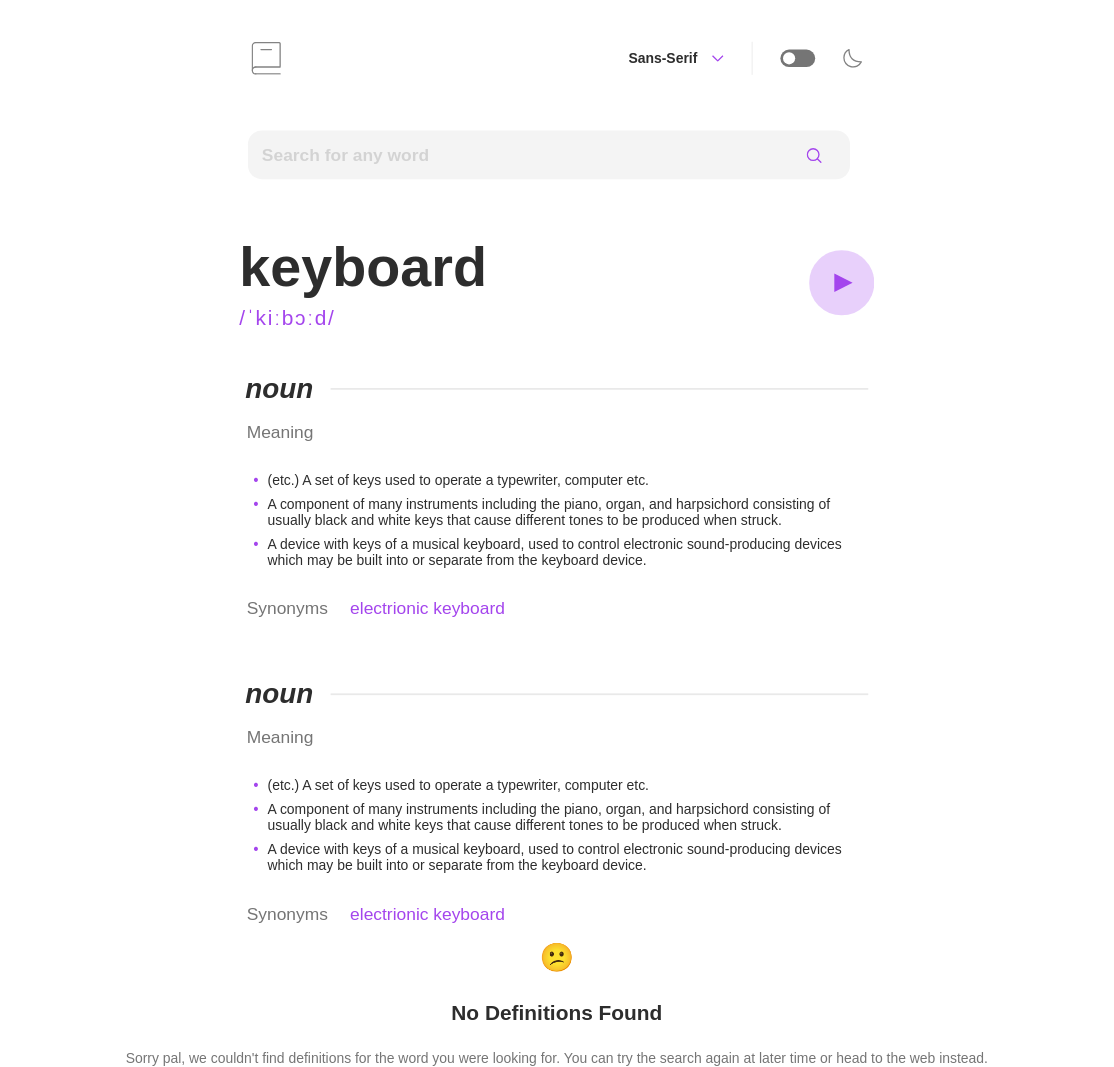
Repository: Arkitecth/dictionary-app
Page: index.html
These files come from the project's save history. The page is drawn as it stood at one moment and after the next save; the edit follows.
The browser window is 1280 px wide. The pictures show the whole page, at 87% of full size.

Above is the page before, as saved 2023-07-21 18:52:29.

After the next save:
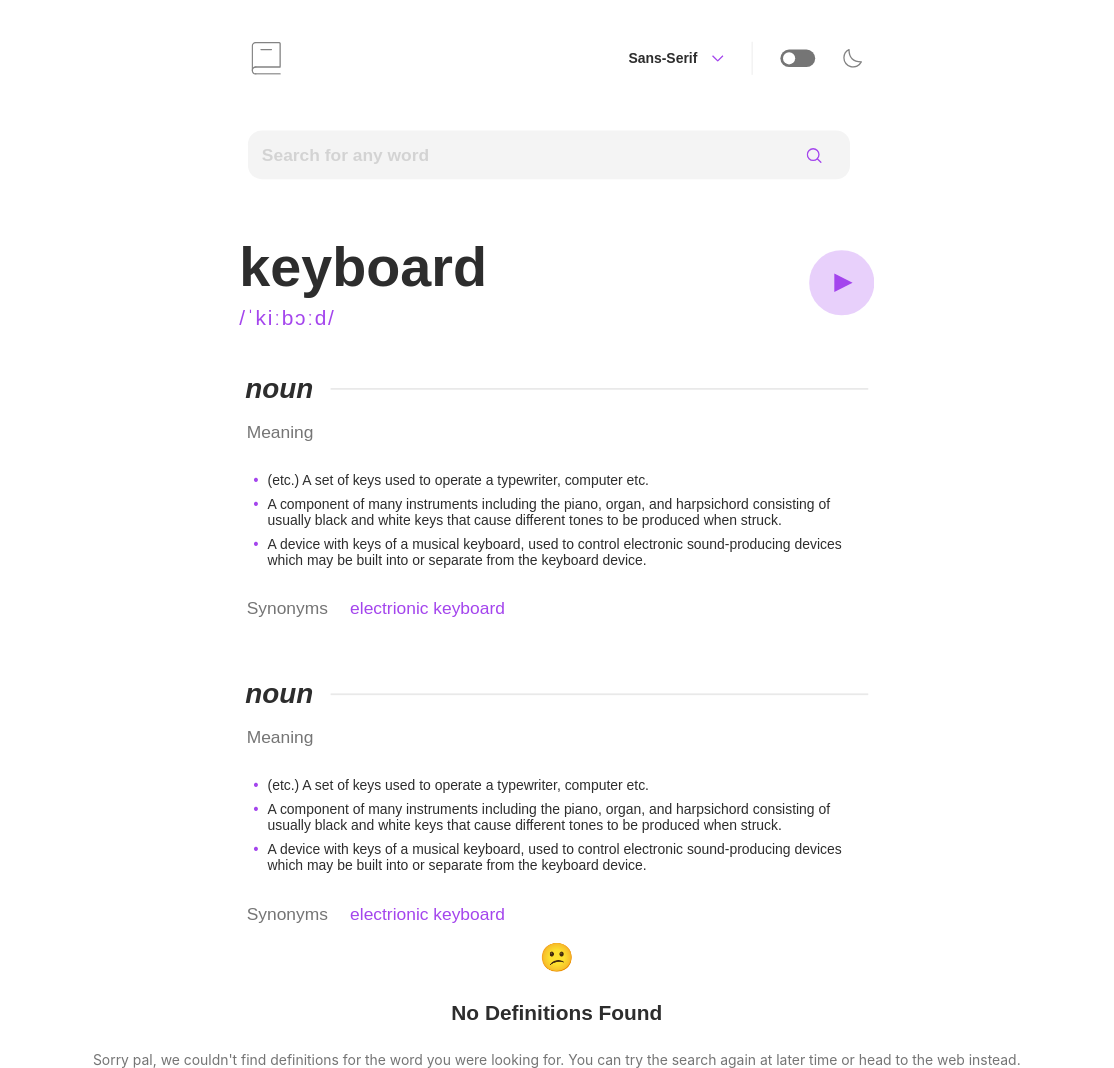
Saved 30 s later.
--- a/styles.css
+++ b/styles.css
@@ -309,6 +309,7 @@
 
 .not-found p {
     color: var(--dark-grey);
+    font-family: Inter;
 }
 
 
